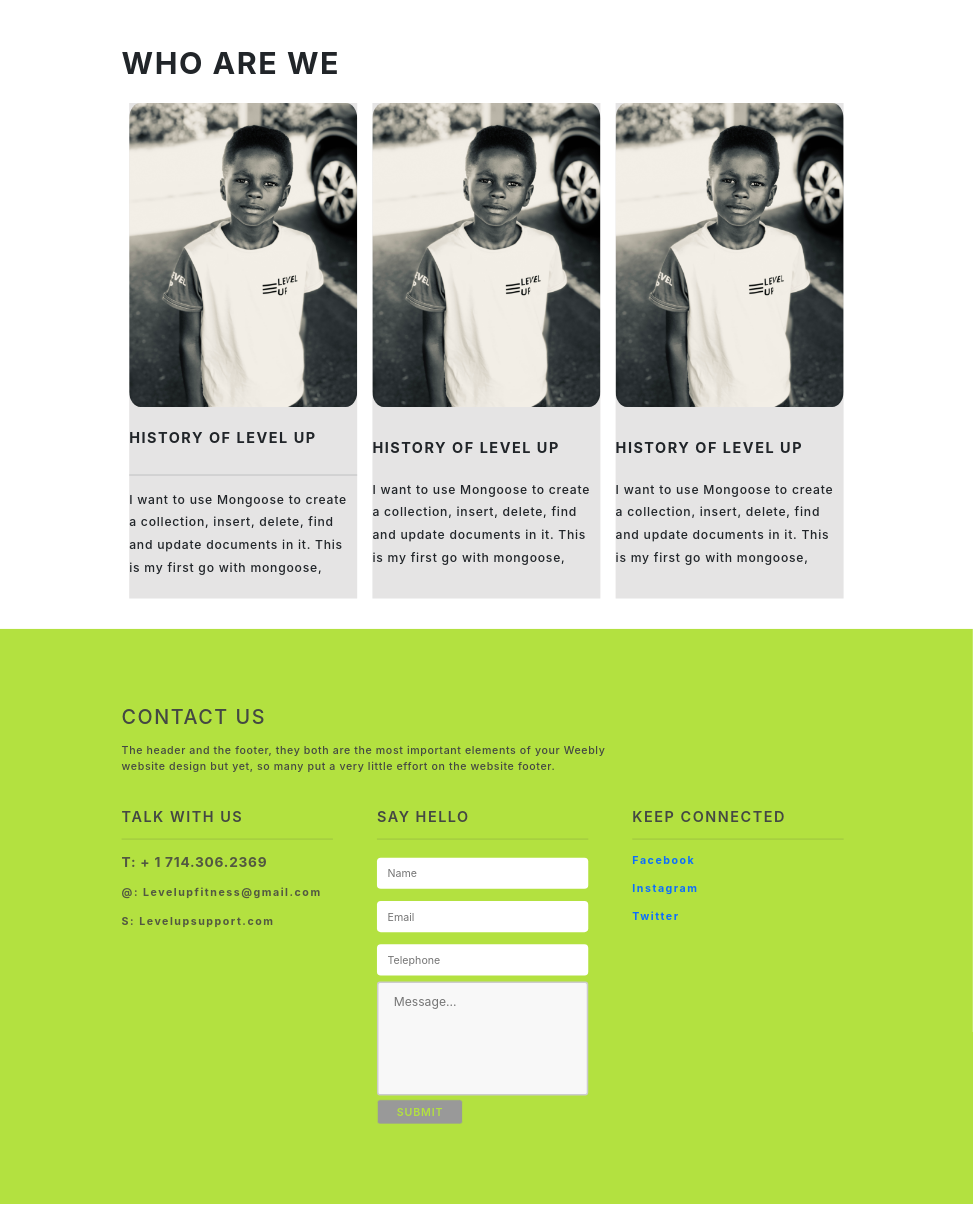
Repository: Bojurie/Level-up
Page: /about (app in client/)
These files come from the project's save history. The page is drawn as it stood at one moment and after the next save; the edit follows.
The browser window is 1280 px wide. The pictures show the part of the page from y = 314 to 1899 px (the page is 1899 px tall before and 1799 px after), at 76% of full size.
Some web fonts or font styles are not loaded; a fallback is used. Some web libraries are served in a nearby version. The project was rebuilt for these pictures with package versions that can differ from the ones it lists, and the page was loaded fresh each time. Also part of the build but not shown: client/src/components/Carousel.js, client/src/components/HomeVlog.css, client/src/components/HomeVlog.js, client/src/components/homeProducts.css, client/src/components/HomeProducts.js, client/src/components/Card.js, client/src/components/HomeShop.css, client/src/components/HomeShop.js and 10 more. Imported but missing from the stored project, and not drawn on this page: client/src/components/Chart.

Above is the page before, as saved 2022-11-30 16:16:39.

### client/public/index.html
<!DOCTYPE html>
<html lang="en">
  <head>
    <meta charset="utf-8" />
    <link rel="icon" href="%PUBLIC_URL%/favicon.ico" />
    <meta name="viewport" content="width=device-width, initial-scale=1" />
    <meta name="theme-color" content="#000000" />
    <meta
      name="description"
      content="Web site created using create-react-app"
    />
    <link rel="apple-touch-icon" href="%PUBLIC_URL%/logo192.png" />
    <link rel="manifest" href="%PUBLIC_URL%/manifest.json" />

    <link rel="preconnect" href="https://fonts.googleapis.com" />
    <link rel="preconnect" href="https://fonts.gstatic.com" crossorigin />
    <link
      href="https://fonts.googleapis.com/css2?family=Asap+Condensed:ital,wght@0,400;0,500;1,400&family=Chivo:wght@300;400&family=Jura:wght@300;400;500;600;700&family=Lato:ital,wght@0,400;0,700;1,400&family=Nunito+Sans:wght@400;600&family=Oswald:wght@300;500;700&family=Playball&family=Roboto:ital,wght@0,400;0,500;1,500&family=Wallpoet&display=swap"
      rel="stylesheet"
    />

    <link
      rel="stylesheet"
      href="https://cdn.jsdelivr.net/npm/bootstrap@5.1.3/dist/css/bootstrap.min.css"
      integrity="sha384-1BmE4kWBq78iYhFldvKuhfTAU6auU8tT94WrHftjDbrCEXSU1oBoqyl2QvZ6jIW3"
      crossorigin="anonymous"
    />
    <script
      src="https://kit.fontawesome.com/5ffdb52964.js"
      crossorigin="anonymous"
    ></script>
    <title>React App</title>
    <script
      src="https://kit.fontawesome.com/5ffdb52964.js"
      crossorigin="anonymous"
    ></script>
  </head>
  <body>
    <noscript>You need to enable JavaScript to run this app.</noscript>
    <div id="root"></div>
    <!--
      This HTML file is a template.
      If you open it directly in the browser, you will see an empty page.

      You can add webfonts, meta tags, or analytics to this file.
      The build step will place the bundled scripts into the <body> tag.

      To begin the development, run `npm start` or `yarn start`.
      To create a production bundle, use `npm run build` or `yarn build`.
    -->
  </body>
</html>

### client/src/App.js
import React from 'react';
// import { BrowserRouter as Router, Route, Routes } from 'react-router-dom';
import { BrowserRouter as Router, Route, Routes} from 'react-router-dom'


import Home from './pages/Home';
import About from './pages/About';
import Shop from './pages/Shop';
import Contact from './pages/Contact';
import Navbar from './components/Navbar';
import Footer from './components/Footer';
import LogIn from './pages/LogIn';
import Register from './pages/Register';
import Chart from './components/Chart';
import Vlog from './pages/Vlog';

import {DataProvider} from './components/Context'


function App() {

  return (
        <Router>
          <DataProvider>
          <Navbar />
          <Routes>
              <Route path='/' element={<Home />} />
              <Route path='/about' element={<About />} />
              <Route path='/contact' element={<Contact />} />
              <Route path='/shop' element={<Shop />} />
              <Route path='/vlog' element={<Vlog />} />
              <Route path='/login' element={<LogIn/>} />
              <Route path='/register' element={<Register />} />
              <Route path='/chart' element={<Chart/>} />
          </Routes>
          <Footer />
          </DataProvider>
        </Router>
  );
}

export default App;

### client/src/pages/About.js
import React from 'react';
import './About.css';

import DarkImage from '../images/IMG_5367.jpg'
import { FormTitle } from '../components/FormTitle';
const imgse = DarkImage;

const About = () => {

  return (
    <div className='about'>
    <FormTitle className="sign-in-form__title" />
      <div className=''>
          <div className='aboutContainer'>
            <h1> Who Are We </h1>
            <div className='aboutContent'>
              <div className='aboutParagraph'>
                <div className='AboutUs-content'>
                    <div className='AboutHistory'>
                        <div className='history-img'>
                            <img src={imgse} alt='img'/>
                        </div>
                        <div className='history-content'>
                          <h1>History of Level Up</h1><hr/>
                          <p>I want to use Mongoose to create a collection, insert, delete, find and update documents in it. This is my first go with mongoose,</p>
                        </div>
                    </div>
                    <div className='AboutGoal'>
                        <div className='history-img'>
                            <img src={imgse} alt='img'/>
                        </div>
                        <div className='history-content'>
                          <h1>History of Level Up</h1>
                          <p>I want to use Mongoose to create a collection, insert, delete, find and update documents in it. This is my first go with mongoose,</p>
                        </div>
                    </div>
                    <div className='Aboutproduct'>
                        <div className='history-img'>
                            <img src={imgse} alt='img'/>
                        </div>
                        <div className='history-content'>
                          <h1>History of Level Up</h1>
                          <p>I want to use Mongoose to create a collection, insert, delete, find and update documents in it. This is my first go with mongoose,</p>
                        </div>
                    </div>

                </div>



              </div>
            </div>
          </div>
      </div>
    </div>
  );
}

export default About;

### client/src/components/Navbar.js
import React from 'react';
import { Link } from 'react-router-dom';

import './Navbar.css'
import Logo from '../images/Logo.png'



const Navbar = () => {
  return (
    <nav className='navbar'>
      <div className='navbar-wrapper'>
        <Link to='/' className='logo'>
            <img src={Logo} alt='logo' />
        </Link>
        <ul className='navbar-links'>
            <Link to='/' >Home </Link>
            <Link to='/shop'> Shop</Link>
            <Link to='/Vlog'> V-Log</Link>
            <Link to='/about'> About</Link>
            <Link to='/contact'> Contact</Link>
            <Link to='/login'> Login </Link>
            <Link to='/register'>SignUp</Link>
            <Link to='/chart'><i class="fa-solid fa-cart-shopping"></i></Link>

        </ul>
      </div>

    </nav>
  );
}

export default Navbar;

### client/src/components/Footer.js
import React from 'react';
import { Link } from 'react-router-dom';
  import { FontAwesomeIcon } from '@fortawesome/react-fontawesome'
  import { instagram } from '@fortawesome/free-solid-svg-icons'

import './Footer.css';

const Footer = () => {
  return (
    <div className='footer'>
      <div className='footer-wrapper'>
        <div className='footer-header-wrapper'>
          <div className='footer-header'>
            <h1>Contact Us</h1>
          </div>
          <div className='footer-paragraph'>
            <p>The header and the footer, they both are the most important elements of your Weebly website design but yet, so many put a very little effort on the website footer.</p>
          </div>

        </div>
        <div className='footer-nav-content'>
            <div className='footer-navs-left'>
              <h3>Talk With Us</h3><hr/>
              <div className='footer-contact'>
                <div className='tel'>
                  <p>T: + 1 714.306.2369</p>
                </div>
                <div className='email'>
                  <p>@: Levelupfitness@gmail.com</p>
                </div>
                <div className='support'>
                  <p>S: Levelupsupport.com</p>
                </div>

              </div>

            </div>
            <div className='footer-navs-middle'>
                <h3>Say Hello</h3><hr/>
              <div className='footer-form'>

                  <form className='form'>
                    <input type='text' placeholder=' Name' />
                    <input type='text' placeholder=' Email' />
                    <input type='text' placeholder=' Telephone' />
                    <textarea placeholder='Message...' />
                  </form>
                  <div className='form-btn'>
                    <input type='submit' placeholder='' />
                  </div>

              </div>
            </div>
            <div className='footer-navs-right'>
              <h3>Keep Connected</h3><hr/>
              <div className='social-media'>
                <p><Link to='/'>Facebook</Link></p>
                <p><Link to='/'><FontAwesomeIcon icon="fa-brands fa-instagram" /> Instagram</Link></p>
                <p><Link to='/'>Twitter</Link></p>

              </div>

            </div>
        </div>


      </div>
    </div>
  );
}

export default Footer;

### client/src/components/Context.js
import React,{Component} from 'react';
export const DataContext = React.createContext();

export class DataProvider extends Component {
  constructor(props) {
    super(props)

    this.state = {
       products: [
         {
          "_id": "1",
          "title": "Level-Up Sweat Pant",
          "src": "https://images.unsplash.com/photo-1618354691373-d851c5c3a990?ixlib=rb-1.2.1&ixid=MnwxMjA3fDB8MHxwaG90by1wYWdlfHx8fGVufDB8fHx8&auto=format&fit=crop&w=658&q=80",
          "description": "Classic fit for running and outdoor activities.",
          "price": 39,
          "colors": ["red", "blue", "black"],
          "count": 2,
         },
         {
          "_id": "2",
          "title": "Kids Level-Up SweatPant",
          "src": "https://images.unsplash.com/flagged/photo-1555895312-bbc472c964f3?ixlib=rb-1.2.1&ixid=MnwxMjA3fDB8MHxwaG90by1wYWdlfHx8fGVufDB8fHx8&auto=format&fit=crop&w=388&q=80",
          "description": "Kids track sweatsuit for running or leisure activities",
          "price": 20,
          "colors": ["red", "blue", "black"],
          "count": 2,
         },
         {
          "_id": "3",
          "title": "Level Up Tank Top",
          "src": "https://images.unsplash.com/photo-1618354691373-d851c5c3a990?ixlib=rb-1.2.1&ixid=MnwxMjA3fDB8MHxwaG90by1wYWdlfHx8fGVufDB8fHx8&auto=format&fit=crop&w=658&q=80",
          "description": "description",
          "price": 20,
          "colors": ["red", "blue", "black"],
          "count": 2,
         },
         {
          "_id": "4",
          "title": "Level Up T-Shirt",
          "src": "https://images.unsplash.com/photo-1618354691373-d851c5c3a990?ixlib=rb-1.2.1&ixid=MnwxMjA3fDB8MHxwaG90by1wYWdlfHx8fGVufDB8fHx8&auto=format&fit=crop&w=658&q=80",
          "description": "description",
          "price": 20,
          "colors": ["red", "blue", "black"],
          "count": 2,
         },
         {
          "_id": "5",
          "title": "Level Up Sweater",
          "src": "https://images.unsplash.com/photo-1618354691373-d851c5c3a990?ixlib=rb-1.2.1&ixid=MnwxMjA3fDB8MHxwaG90by1wYWdlfHx8fGVufDB8fHx8&auto=format&fit=crop&w=658&q=80",
          "description": "description",
          "price": 20,
          "colors": ["red", "blue", "black"],
          "count": 2,
         },
         {
          "_id": "6",
          "title": "Level Up Embroidery Shirt",
          "src": "https://images.unsplash.com/photo-1618354691373-d851c5c3a990?ixlib=rb-1.2.1&ixid=MnwxMjA3fDB8MHxwaG90by1wYWdlfHx8fGVufDB8fHx8&auto=format&fit=crop&w=658&q=80",
          "description": "description",
          "price": 20,
          "colors": ["red", "blue", "black"],
          "count": 2,
         },
       ]
    }
  }

  render(){
    const {products} = this.state;
    return(
      <DataContext.Provider value={{products}}>
        {this.props.children}
      </DataContext.Provider>
    )
  }
}
export default DataProvider;

### client/src/pages/About.css
.aboutContainer h1 {
  padding: 20px 0;
  text-transform: uppercase;
  font-weight: bold;
  letter-spacing: 2px;
}

.aboutContainer {
  padding: 40px 160px;
}

.aboutParagraph p {
  letter-spacing: 1px;
  line-height: 30px;
  font-weight: 500;
}

.aboutParagraph img {
  border-radius: 5%;
  float: left;
  margin: 0 30px 0 0;
}

.AboutUs-content {
  display: flex;
}

.AboutHistory,
.AboutGoal,
.Aboutproduct {
  display: grid;
    margin: 0 auto;
    width: 300px;
    background-color: rgb(229, 228, 228);
}

.history-img {
}

.history-content {
  padding: 10px 0;
}
.history-content h1{
  font-size: 19px;
}

### client/src/components/FormTitle.js
import React from "react";
import './FormTitle.css';

export function FormTitle(props) {
  const { className, text } = props;
  return <h1 className={`${className} form-title`}>{text}</h1>;
}

### client/src/components/Navbar.css
.logo img {
  width: 250px;
}

.navbar {
  padding-top: 0;
  display: contents;
}

.navbar-wrapper {
  display: flex;
  /* justify-content: center; */
  align-items: center;
  height: 90px;
  background: #b3e140;
  padding: 0 50px;
  justify-content: space-between;
}

.navbar-links {
  margin-bottom: 0;
}

.navbar-links a {
  font-size: 14px;
  letter-spacing: 2px;
  font-weight: 700;
  text-transform: capitalize;
  margin: 0 10px;
  color: rgb(68, 72, 67);

}

a {
  list-style: none;
  text-decoration: none;
}

### client/src/components/Footer.css
.footer {
  background-color: #b3e140;
      font-size: 14px;
    letter-spacing: 2px;
    font-weight: 700;

    color: rgb(68, 72, 67);
}
.footer-header h1 {
 font-size: 26px;
 text-transform: uppercase;
 letter-spacing: 2px;
}

.footer-navs {
  text-decoration: none;
  list-style-type: none;

}
.footer-navs li{
  padding: 10px 0;
  letter-spacing: 1px;
  text-transform: uppercase;
  font-weight: 600;

}
.footer-wrapper {
  padding: 100px 160px;
}

.footer-contact {



}
.footer-nav-content p {
 color: #424141db;
}
.footer-contact > .tel p{
    font-size: 18px;
    letter-spacing: 1px;

}
.footer-contact > .email p{
    font-size: 14px;
    /* letter-spacing: 2px; */
}
.footer-contact > .support p{
    font-size: 14px;
    letter-spacing: 2px;
}
.footer-paragraph {
  width: 70%;
  letter-spacing: .8px;
  font-weight: 500;
  padding: 10px 0;
}
.footer-wrapper h3{
 text-transform: uppercase;
 letter-spacing: 2px;
 font-size: 19px;
 font-weight: 600;

}

.footer-nav-content {
  display: flex;
  justify-content: space-between;
}



.footer-navs-left,
.footer-navs-middle,
.footer-navs-right{

  padding: 20px 10px 0 0;
  border-radius: 10px;
}

.footer-form {
  background-color: none !important;
}

/* footer Left section */
.footer-navs-left {
  width: 30%;
}

/* footer Middle section */
.footer-navs-middle {
 width: 30%;
}

.form {
  display: grid;
}
.form input {
  padding: 10px ;
  margin: 8px 0;
  border-radius: 5px;
  border: none;
}
.form input:focus {
  border: none;
}

.form textarea {
   width: 100%;
  height: 150px;
  padding: 12px 20px;
  box-sizing: border-box;
  border: 2px solid #ccc;
  border-radius: 4px;
  background-color: #f8f8f8;
  font-size: 16px;
  resize: none;
}
.form input:active {

  border: 1px solid rgb(241, 234, 234);

}
.form-btn {

}
.form-btn input {
     padding: 5px 25px;
    margin: 5px 0;
    border-radius: 4px;
    background-color: #999999;
    border: 1px solid  #b3e140;
    color: #b3e140;
    letter-spacing: 1.1px;
    font-weight: 600;
    text-transform: uppercase;
}

.footer-navs-right {
  width: 30%;
}

### client/src/components/Carousel.css
 .d-block {
   width: 100%;
   /* object-fit: cover; */
   /* object-position: 50% 50%; */
   /* background-size: contain;
   background-repeat: no-repeat; */
 }


 img {

   max-width: 100%;
   max-height: 100%;
   object-fit: cover;
   background-repeat: no-repeat;
 }

 .carousel-item img {
   width: 1000px;
   height: 500px;
 }

 .carousel-caption {
   top: 50%;
 }

 .carousel {
   object-fit: contain;
 }

### client/src/components/FormTitle.css
.form-title {
  font-size: 3rem;
  font-weight: 700;
  line-height: 2rem;
  margin: auto 0;
  color: white;
  background-image: url('https://images.unsplash.com/photo-1581397867105-8c988bd747e6?ixlib=rb-4.0.3&ixid=MnwxMjA3fDB8MHxwaG90by1wYWdlfHx8fGVufDB8fHx8&auto=format&fit=crop&w=1170&q=80') ;
    background-repeat: no-repeat;
  background-position: center;
  background-size: cover;
  padding: 7rem 0 7rem 10rem;
  letter-spacing: 5px;
  text-transform: uppercase;
  display: flex;
  justify-content: flex-start;

}
.form-title h1{


}


.shopForm-title {
 font-size: 3rem;
  font-weight: 700;
  line-height: 2rem;
  letter-spacing: 5px;
  text-transform: uppercase;
  display: flex;
  margin: auto 0;
   background-image: url('https://images.unsplash.com/photo-1581397867105-8c988bd747e6?ixlib=rb-4.0.3&ixid=MnwxMjA3fDB8MHxwaG90by1wYWdlfHx8fGVufDB8fHx8&auto=format&fit=crop&w=1170&q=80') ;
    background-repeat: no-repeat;
  background-position: center;
  background-size: cover;

  padding: 7rem 0 7rem 10rem;
  justify-content: flex-start;

}
.FormTitleLogin-title {
  font-size: 3rem;
  font-weight: 700;
  line-height: 2rem;
  padding: 6rem 0;
  letter-spacing: 5px;
  text-transform: uppercase;
  display: flex;
  justify-content: center;
  margin: auto 0;
   background-image: url('https://images.unsplash.com/photo-1609770231080-e321deccc34c?ixlib=rb-4.0.3&ixid=MnwxMjA3fDB8MHxwaG90by1wYWdlfHx8fGVufDB8fHx8&auto=format&fit=crop&w=765&q=80') ;
    background-repeat: no-repeat;
  background-position: center;
  background-size: cover;

}
.ContactForm-title {
 /* font-size: 3rem;
  font-weight: 700;
  line-height: 2rem;
  text-transform: uppercase; */
  display: flex;
  margin: auto 0;
   background-image: url('https://images.unsplash.com/photo-1587560699334-bea93391dcef?ixlib=rb-4.0.3&ixid=MnwxMjA3fDB8MHxwaG90by1wYWdlfHx8fGVufDB8fHx8&auto=format&fit=crop&w=1170&q=80') ;
    background-repeat: no-repeat;

 padding: 7rem 0 7rem 10rem;
  letter-spacing: 5px;
  justify-content: flex-start;

}
.RegisterForm-title {
  font-size: 3rem;
  font-weight: 700;
  line-height: 2rem;
  padding: 6rem 0;
  letter-spacing: 5px;
  text-transform: uppercase;
  display: flex;
  justify-content: center;
  margin: auto 0;
   background-image: url('https://images.unsplash.com/photo-1563906267088-b029e7101114?ixlib=rb-4.0.3&ixid=MnwxMjA3fDB8MHxwaG90by1wYWdlfHx8fGVufDB8fHx8&auto=format&fit=crop&w=1170&q=80') ;
    background-repeat: no-repeat;
  /* background-position: bottom; */
  /* background-size: cover; */
    /* background-attachment: */


}
.VlogForm_title h1{


}
.VlogForm_title {
  /* font-size: 3rem;
  font-weight: 700;
  line-height: 2rem; */
  padding: 7rem 0 7rem 10rem;
  letter-spacing: 5px;
  text-transform: uppercase;
  display: flex;
  justify-content: flex-start;
  margin: auto 0;
   background-image: url('https://images.unsplash.com/photo-1440778303588-435521a205bc?ixlib=rb-4.0.3&ixid=MnwxMjA3fDB8MHxwaG90by1wYWdlfHx8fGVufDB8fHx8&auto=format&fit=crop&w=1470&q=80') ;
    background-repeat: no-repeat;
  background-position: center;
  background-size: cover;

}

@media screen and (max-width: 414px) {
  .form-title {
    padding: 4rem 1rem;

  }

}

### client/src/components/auth/LoginForm.css
.loginForm-wrapper {
  text-align: center;
    justify-content: center;
    width: 600px;
    margin: auto;
    padding: 90px 0;

}
.login-header {
  text-transform: uppercase;
  letter-spacing: 2px;
  font-weight: 600;
}


form {
  display: grid;
}

.loginForm-header {
  font-size: 20px;
}

.loging
form input {
  margin: 5px 0;
  padding: 10px;
  border-radius: 10px;
  border: 1px solid white;
  background-color: rgba(243, 247, 255, 0.715) !important;
}
form input:focus{
  border: 2px solid green;
}
form > .loginBtn > input{
  padding: 8px;
  width: 100%;
  background-color:#999999!important;
  color: #ccf368;
  font-weight: 700;
  border: none;
  margin:5px 0 ;
  font-size: 20px;
  letter-spacing: 3px;
}

### client/src/components/auth/registerForm.css

.registerForm-wrapper {
  text-align: center;
    justify-content: center;
    width: 600px;
    margin: auto;
    padding: 90px 0;

}
.login-header {
  text-transform: uppercase;
  letter-spacing: 2px;
  font-weight: 600;
}


form {
  display: grid;
}

.loginForm-header {
  font-size: 20px;
}

.register
form input {
  margin: 5px 0;
  padding: 10px;
  border-radius: 10px;
  border: 1px solid white;

}
form input:focus{
  border: 2px solid green;
}
form > .loginBtn > input{
  padding: 8px;
  width: 100%;
  background-color: #b3e140 !;
  border: none;
  margin:5px 0 ;
}

Loaded but not shown: client/src/index.js (common file); client/src/index.css (common file)

After the next save:
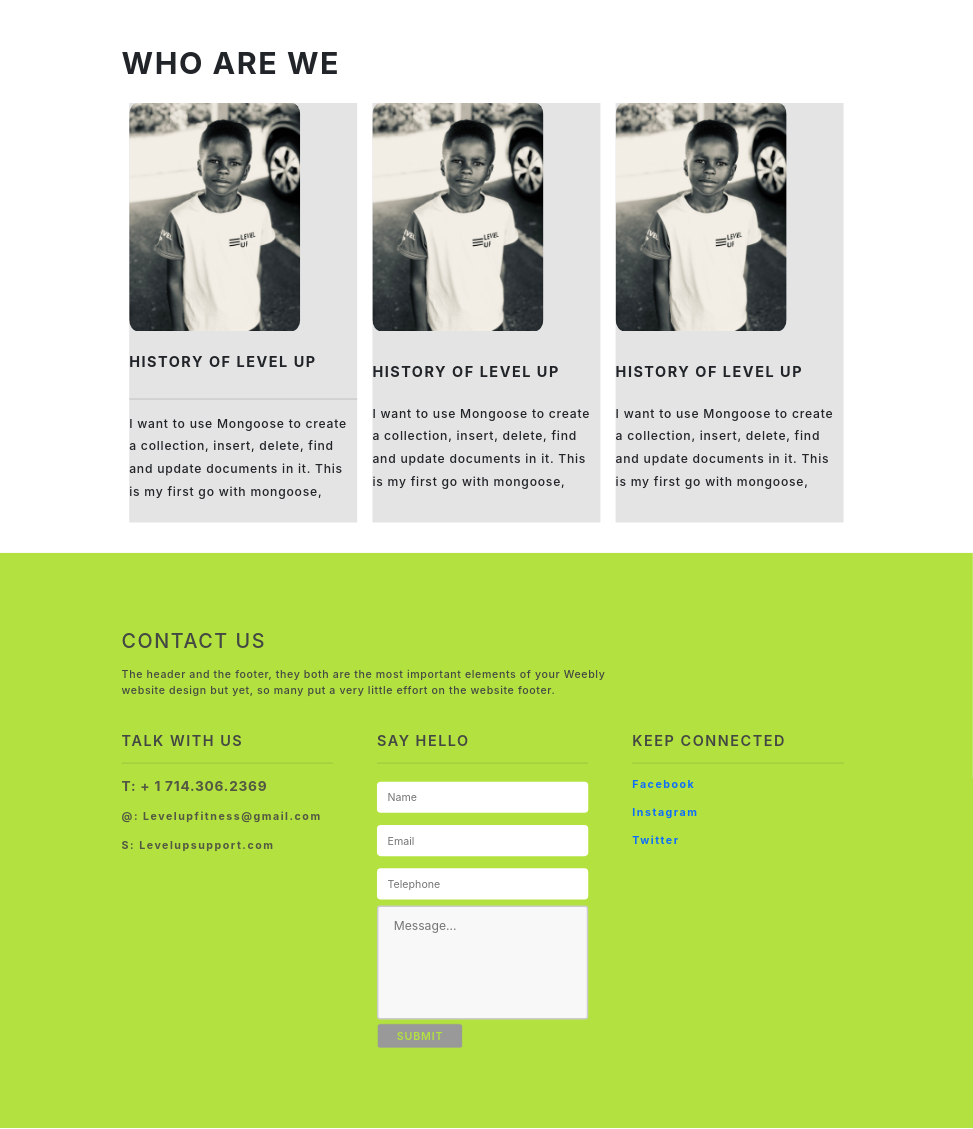
Saved 3 min 46 s later.
--- a/client/src/pages/About.css
+++ b/client/src/pages/About.css
@@ -35,6 +35,8 @@
 }
 
 .history-img {
+  width: 100%;
+  height: 300px;
 }
 
 .history-content {
